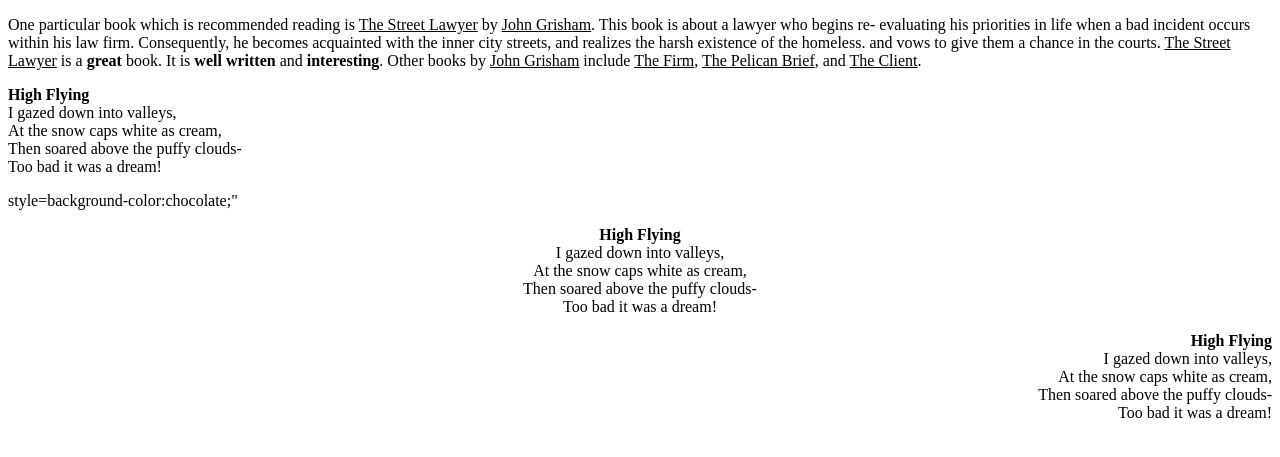
Repository: NguyenPhuSang21023391/HTCNWeb_T1-2
Page: TH_Tuan01/html/bai03.html
These files come from the project's save history. The page is drawn as it stood at one moment and after the next save; the edit follows.
The browser window is 1280 px wide. The pictures show the whole page.

Above is the page before, as saved 2023-02-19 16:22:20.

After the next save:
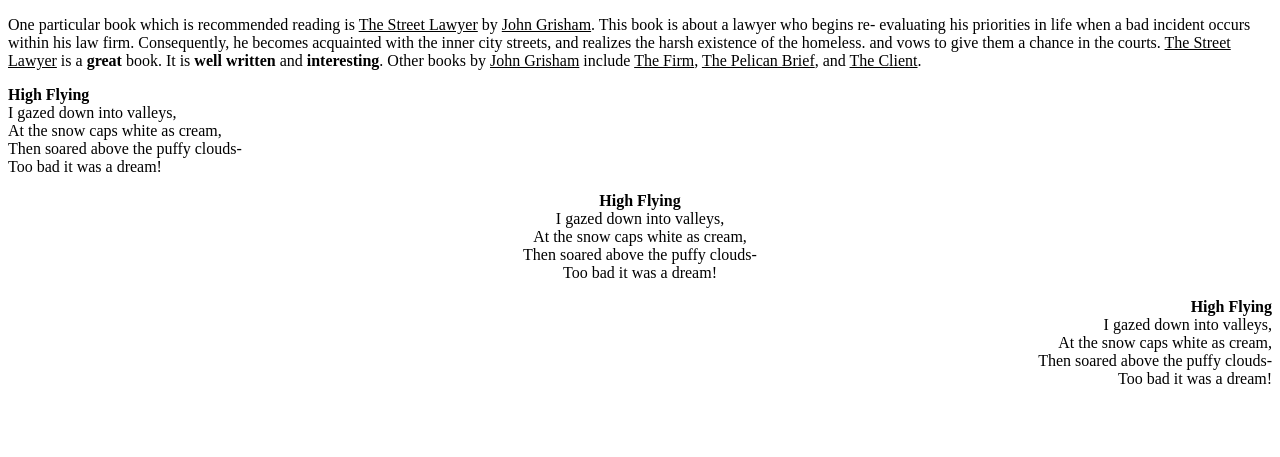
Saved 19 s later.
--- a/TH_Tuan01/html/bai03.html
+++ b/TH_Tuan01/html/bai03.html
@@ -26,7 +26,6 @@
       was a dream!
     </p>
 
-    <p>style=background-color:chocolate;"</p>
     <p style="text-align: center">
       <b>High Flying</b> <br />I gazed down into valleys, <br />At the snow caps
       white as cream,<br />Then soared above the puffy clouds- <br />Too bad it
